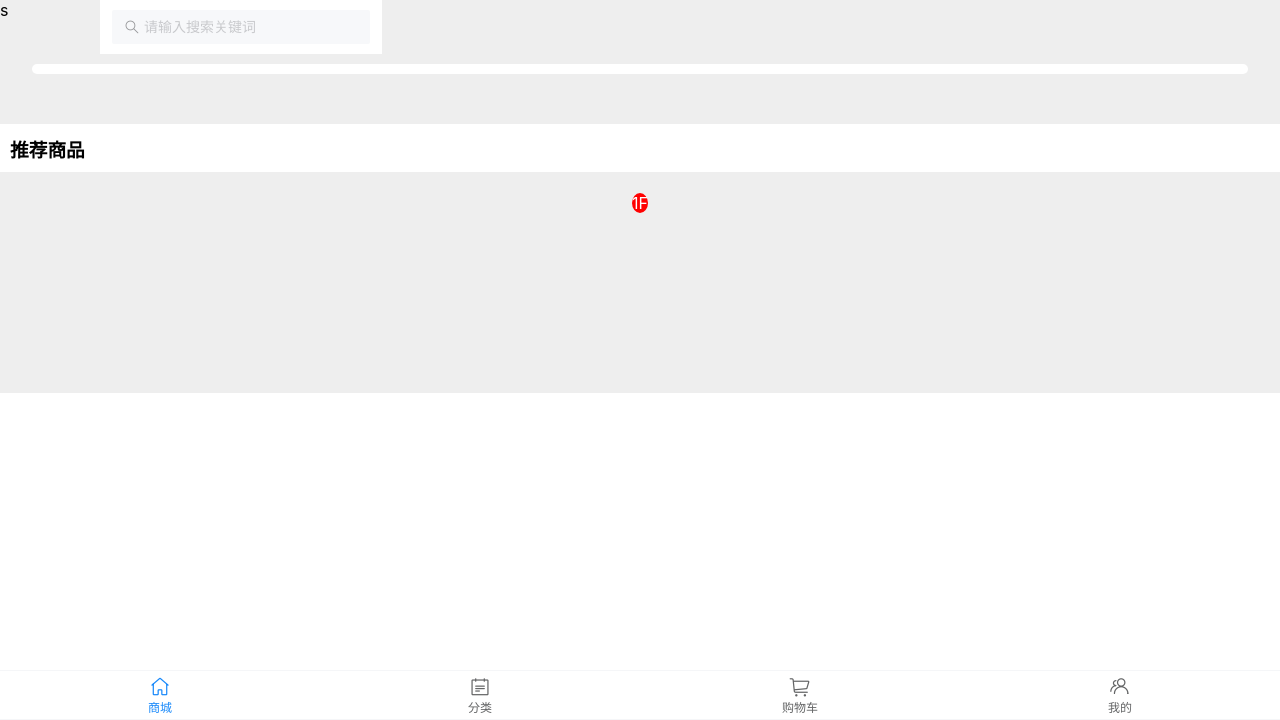
Repository: liuyangming111/mall
Page: /
These files come from the project's save history. The page is drawn as it stood at one moment and after a run of saves; the edit follows.
The browser window is 1280 px wide. The pictures show the whole page.
The page's requests for data from a server got no answer. The project was rebuilt for these pictures with package versions that can differ from the ones it lists, and the page was loaded fresh each time. No one was signed in, and anything a server would have sent is missing. Also part of the build but not shown: vue.config.js.

Above is the page before, as saved 2020-07-21 18:43:46.

After the next 3 saves:
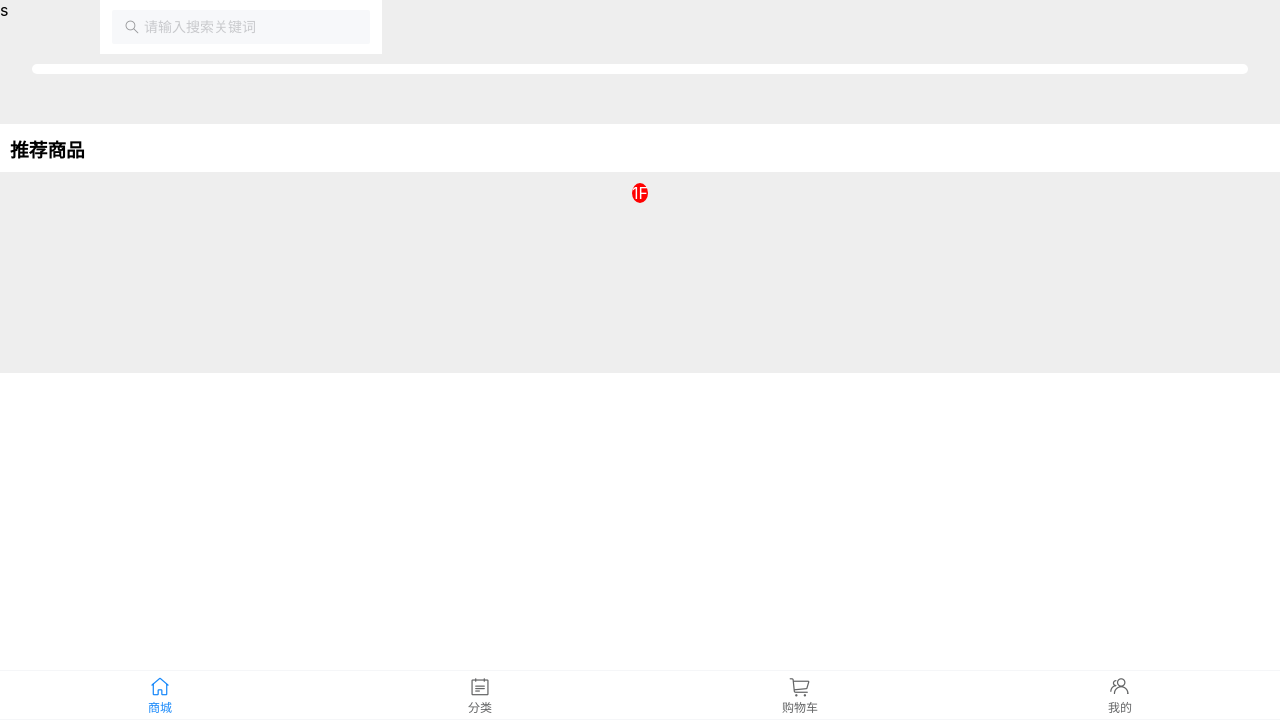
The 3 saves are shown as one change because they came seconds apart.
The last was saved 30 s later.
--- a/src/components/mall/malll.vue
+++ b/src/components/mall/malll.vue
@@ -47,7 +47,7 @@ export default {
 .floor1{
     color: red;
     text-align: center;
-    margin: 20px 0;
+    margin: 10px 0;
 }
 .floor1_1{
     border-radius: 50%;
